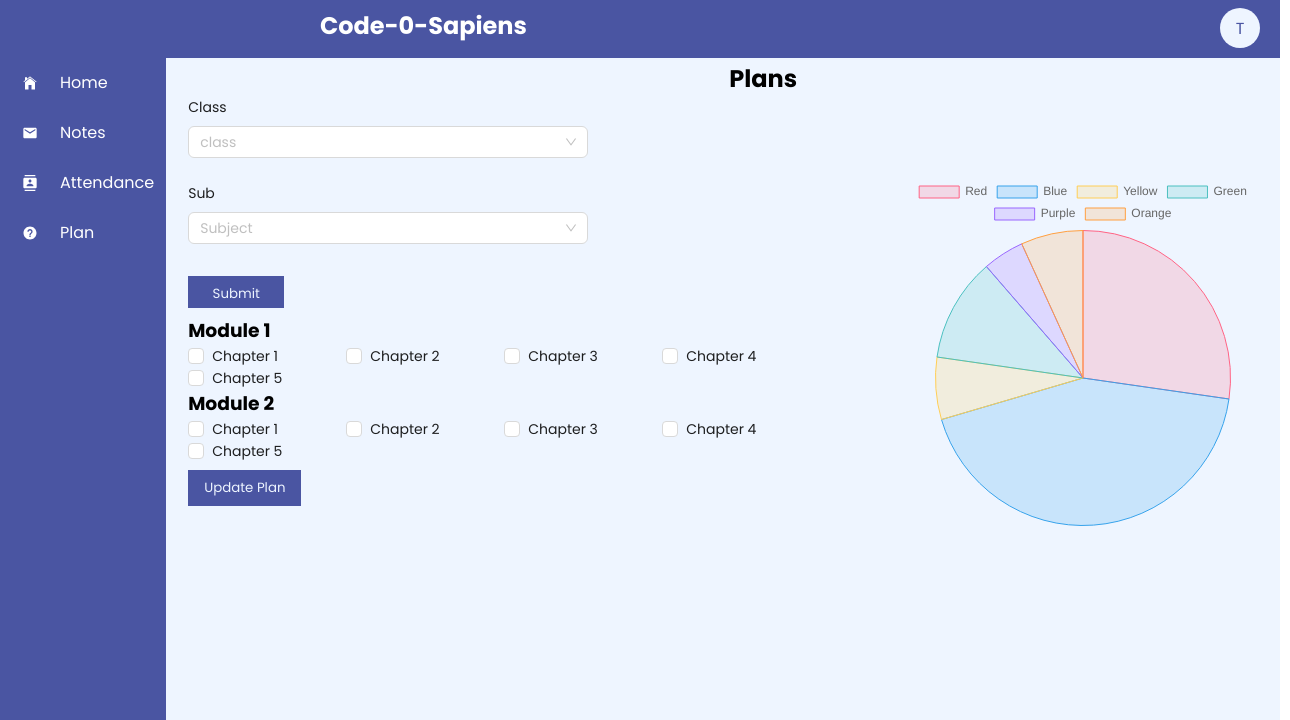
Repository: sinchana-P/code-0-sapiens
Page: /plans (app in client/), after clicking the first element matching `button`
An editor plug-in stored every save of this project. The page is shown before and after the next save, followed by the edit.
The browser window is 1280 px wide. The page is 1290 px wide, so the pictures cover 1290 px, including what lies to the right of the window. The pictures show the whole page.
The project was rebuilt for these pictures with package versions that can differ from the ones it lists, and the page was loaded fresh each time. Also part of the build but not shown: client/src/components/auth/login/FormLayoutLogin.jsx, client/src/components/auth/login/Login.jsx, client/src/components/auth/register/FormLayoutRegister.jsx, client/src/components/auth/register/Register.jsx, client/src/components/homeScene/Home.jsx, client/src/components/notes/Notes.jsx, client/src/components/attendance/Attendance.jsx, client/src/components/profile/Profile.jsx and 5 more.

Above is the page before, as saved 2024-03-01 07:47:41.

### client/public/index.html
<!DOCTYPE html>
<html lang="en">
  <head>
    <meta charset="utf-8" />
    <link rel="icon" href="%PUBLIC_URL%/favicon.ico" />
    <meta name="viewport" content="width=device-width, initial-scale=1" />
    <meta name="theme-color" content="#000000" />
    <meta
      name="description"
      content="Web site created using create-react-app"
    />
    <link rel="apple-touch-icon" href="%PUBLIC_URL%/logo192.png" />
    <!--
      manifest.json provides metadata used when your web app is installed on a
      user's mobile device or desktop. See https://developers.google.com/web/fundamentals/web-app-manifest/
    -->
    <link rel="manifest" href="%PUBLIC_URL%/manifest.json" />
    <!--
      Notice the use of %PUBLIC_URL% in the tags above.
      It will be replaced with the URL of the `public` folder during the build.
      Only files inside the `public` folder can be referenced from the HTML.

      Unlike "/favicon.ico" or "favicon.ico", "%PUBLIC_URL%/favicon.ico" will
      work correctly both with client-side routing and a non-root public URL.
      Learn how to configure a non-root public URL by running `npm run build`.
    -->
    <link rel="preconnect" href="https://fonts.googleapis.com">
<link rel="preconnect" href="https://fonts.gstatic.com" crossorigin>
<link href="https://fonts.googleapis.com/css2?family=Poppins:ital,wght@0,100;0,200;0,300;0,400;0,500;0,600;0,700;0,800;0,900;1,100;1,200;1,300;1,400;1,500;1,600;1,700;1,800;1,900&display=swap" rel="stylesheet">
    <title>Code-0-Sapiens</title>
  </head>
  <body>
    <noscript>You need to enable JavaScript to run this app.</noscript>
    <div id="root"></div>
    <!--
      This HTML file is a template.
      If you open it directly in the browser, you will see an empty page.

      You can add webfonts, meta tags, or analytics to this file.
      The build step will place the bundled scripts into the <body> tag.

      To begin the development, run `npm start` or `yarn start`.
      To create a production bundle, use `npm run build` or `yarn build`.
    -->
  </body>
</html>

### client/src/index.js
import React from 'react';
import ReactDOM from 'react-dom/client';
import './index.css';
import App from './App';
import reportWebVitals from './reportWebVitals';
import { BrowserRouter } from 'react-router-dom'
import { apiSlice } from './api/apiSlice';
import {ApiProvider} from '@reduxjs/toolkit/query/react'

const root = ReactDOM.createRoot(document.getElementById('root'));
root.render(
  <BrowserRouter>
    <React.StrictMode>
      <ApiProvider api={apiSlice}>
        <App />
      </ApiProvider>
    </React.StrictMode>
  </BrowserRouter>,
);

// If you want to start measuring performance in your app, pass a function
// to log results (for example: reportWebVitals(console.log))
// or send to an analytics endpoint. Learn more: https://bit.ly/CRA-vitals
reportWebVitals();

### client/src/App.jsx

import './App.css';
import { useState } from 'react';
import { Routes, Route } from 'react-router-dom'
import Login from './components/auth/login/Login'
import Register from './components/auth/register/Register';
import Topbar from './components/global/topbar/Topbar';
import Sidebar from './components/global/sidebar/Sidebar';
import Home from './components/homeScene/Home';
import Notes from './components/notes/Notes';
import Plans from './components/plans/Plans';
import Attendance from './components/attendance/Attendance';
import Profile from './components/profile/Profile';
import StudentSidebar from './components/global/sidebar/StudentSidebar';
import StdHome from './components/stdHome/StdHome';
import StdAttendance from './components/stdAttendance/StdAttendance'
import StdNotes from './components/stdNotes/StdNotes';
import StdDoubts from './components/stdDoubts/StdDoubts';

function App() {
  const [userRole, setUserRole] = useState('Teacher')

  return (
    <div className="App">
      <div className='app-container'>

      <Topbar userRole={userRole}/>

        <div className='main-content'>
          <div className='left-content-container'>

          {
            userRole === 'Teacher' ? (<Sidebar /> ) : (<StudentSidebar /> )
          }

          </div>
          <div className='right-content-container'>
            <Routes>
              <Route path='/login' element={ <Login/> } />
              <Route path='/register' element={ <Register/> } />
              <Route path='/home' element={ <Home/> } />
              <Route path='/notes' element={ <Notes/> } />
              <Route path='/attendance' element={ <Attendance/> } />
              <Route path='/plans' element={ <Plans/> } />
              {/* <Route path='/profile' element={ <Profile/> } /> */}
              <Route path='/student' element={ <StdHome/> } />
              <Route path='/student/attendance' element={ <StdAttendance/> } />
              <Route path='/student/attendance' element={ <StdNotes/> } />
              <Route path='/student/attendance' element={ <StdDoubts/> } />
            </Routes>
          </div>
        </div>
      </div>

    </div>
  );
}

export default App;

### client/src/api/apiSlice.js
import {createApi,fetchBaseQuery} from '@reduxjs/toolkit/query/react'


export const apiSlice = createApi({
       reducerPath:"api",
       baseQuery:fetchBaseQuery({baseUrl:""}),
       tagTypes:['auth', 'student'],
       endpoints:(builder)=>({
        register: builder.mutation({
            query: (data) => ({
                url: '/register',
                method: "POST",
                body: data
            }),
            invalidatesTags:['auth']
        }),
        login: builder.mutation({
            query: (data) => ({
                url: '/login',
                method: "POST",
                body: data
            }),
            invalidatesTags:['auth']
        }),
            //   getTodos:builder.query({
            //          query:()=>'/auth',
            //          transformResponse: (res: Todo[]) =>  {
            //                 // Ensure res is an array before sorting
            //                 console.log(res);

            //                 if (Array.isArray(res)) {
            //                     return res.sort((a, b) => b.id - a.id);
            //                 } else {
            //                     return res;
            //                 }
            //             },

            //          providesTags:['todos']
            //   }),
            //   addTodo:builder.mutation({
            //          query:(todo)=>({
            //                 url:'/todos',
            //                 method:"POST",
            //                 body:todo
            //          }),
            //          invalidatesTags:['todos']
            //   }),
            //   updateTodo:builder.mutation({
            //          query:(todo)=>({
            //                 url:/todos/${todo.id},
            //                 method:'PATCH',
            //                 body:todo
            //          }),
            //          invalidatesTags:['todos']
            //   }),
            //   deleteTodo:builder.mutation({
            //          query:(id)=>({

            //                 url:/todos/${id},
            //                 method:'DELETE',
            //                 body:id
            //          }),
            //          invalidatesTags:['todos']
            //   })

       })
})

export const { useRegisterMutation,useLoginMutation } = apiSlice

### client/src/App.css
@import url('https://fonts.googleapis.com/css2?family=Poppins:ital,wght@0,100;0,200;0,300;0,400;0,500;0,600;0,700;0,800;0,900;1,100;1,200;1,300;1,400;1,500;1,600;1,700;1,800;1,900&display=swap');

* {
  font-family: "Poppins", sans-serif;
}

/* --- */
.full-width-container {
  width: 100%;
  display: flex;
  justify-content: center;
  align-items: center;
}
/* --- */

.right-content-container {
  background-color: #EEF5FF;
  display: flex;
  align-items: start;
  justify-content: center;
}

.app-container {
  display: flex;
  flex-direction: column;
}

.main-content {
  display: flex;
  flex-direction: row;
}

.left-content-container {
  width: 13vw;
}

.right-content-container {
  width: 87vw;

}

### client/src/components/global/topbar/Topbar.jsx
import React, {useState} from 'react'
import './Topbar.css'

const Topbar = ({userRole}) => {
  // const [userRole, setUserRole] = useState('Teacher')

  return (
    <div className='topbar-container'>
        <h2 style={{textAlign: 'left'}} className='logo-text'>Code-0-Sapiens</h2>

        <div className='profile-div'>
          {userRole === 'Teacher' ? 'T' : (userRole === 'Student' ? 'S' : '')}
        </div>
    </div>
  )
}

export default Topbar

### client/src/components/global/sidebar/Sidebar.jsx
import './Sidebar.css'
import { SidebarData } from './SidebarData';
import { Link, NavLink } from 'react-router-dom';


const Sidebar=()=> {
  return (
    <div className='sidebar'>
       <ul className='sidebarList'>
        {
        SidebarData.map((value,key)=>{
            return (
              <NavLink to={value.route} key={key} className='row' >
                <div id='icon'>{value.icon}</div>
                <div id='title'>{value.title}</div>
              </NavLink>
            )
        })
        }
       </ul>
    </div>
  )
}

export default Sidebar

### client/src/components/plans/Plans.jsx
import React, {useState} from 'react';
import { Form, Select, Checkbox } from 'antd';
import './Plans.css'
import { Chart as ChartJS, ArcElement, Tooltip, Legend } from 'chart.js';
import { Pie } from 'react-chartjs-2';


const SidebarData = [
  {
    cls_id: '8',
    sub_id: '1',
    mod_id: 'Module 1',
    chp_id: 'Chapter 1',
    completed: true
  },
  {
    cls_id: '8',
    sub_id: '1',
    mod_id: 'Module 1',
    chp_id: 'Chapter 2',
    completed: false
  },
  {
    cls_id: '8',
    sub_id: '1',
    mod_id: 'Module 1',
    chp_id: 'Chapter 3',
    completed: true
  },
  {
    cls_id: '8',
    sub_id: '1',
    mod_id: 'Module 1',
    chp_id: 'Chapter 4',
    completed: false
  },
  {
    cls_id: '8',
    sub_id: '1',
    mod_id: 'Module 1',
    chp_id: 'Chapter 5',
    completed: true
  },
  {
    cls_id: '8',
    sub_id: '1',
    mod_id: 'Module 2',
    chp_id: 'Chapter 1',
    completed: false
  },
  {
    cls_id: '8',
    sub_id: '1',
    mod_id: 'Module 2',
    chp_id: 'Chapter 2',
    completed: true
  },
  {
    cls_id: '8',
    sub_id: '1',
    mod_id: 'Module 2',
    chp_id: 'Chapter 3',
    completed: true
  },
  {
    cls_id: '8',
    sub_id: '1',
    mod_id: 'Module 2',
    chp_id: 'Chapter 4',
    completed: true
  },
  {
    cls_id: '8',
    sub_id: '1',
    mod_id: 'Module 2',
    chp_id: 'Chapter 5',
    completed: true
  }
];

const CheckboxGroup = Checkbox.Group;
ChartJS.register(ArcElement, Tooltip, Legend);

const Plans = () => {

    const [isSubmit, setIsSubmit] = useState(false)

    const data = {
      labels: ['Red', 'Blue', 'Yellow', 'Green', 'Purple', 'Orange'],
      datasets: [
        {
          label: '# of Votes',
          data: [12, 19, 3, 5, 2, 3],
          backgroundColor: [
            'rgba(255, 99, 132, 0.2)',
            'rgba(54, 162, 235, 0.2)',
            'rgba(255, 206, 86, 0.2)',
            'rgba(75, 192, 192, 0.2)',
            'rgba(153, 102, 255, 0.2)',
            'rgba(255, 159, 64, 0.2)',
          ],
          borderColor: [
            'rgba(255, 99, 132, 1)',
            'rgba(54, 162, 235, 1)',
            'rgba(255, 206, 86, 1)',
            'rgba(75, 192, 192, 1)',
            'rgba(153, 102, 255, 1)',
            'rgba(255, 159, 64, 1)',
          ],
          borderWidth: 1,
        },
      ],
    };

  // Grouping chapters by module
  const groupedChapters = SidebarData.reduce((acc, curr) => {
    const { mod_id, chp_id } = curr;
    if (!acc[mod_id]) {
      acc[mod_id] = [];
    }
    acc[mod_id].push(chp_id);
    console.log('acc');
    console.log(acc);
    return acc;
  }, {});

  const handleSubmit = () => {
    setIsSubmit(true)
  }

  return (
    <div className='plans-main'>
      <h2 className='heading'>Plans</h2>

         <div className='plans-container'>
            <div className='plans-container-left'>
                <Form
                layout="vertical"
                name="basic"
                labelCol={{ span: 8 }}
                wrapperCol={{ span: 16 }}
                style={{ maxWidth: 600 }}
                initialValues={{ remember: true }}
                autoComplete="off"
            >
                <Form.Item label="Class" rules={[{ required: true, message: 'Please select class!' }]}>
                <Select placeholder="class">
                    <Select.Option value="class8">Class 8</Select.Option>
                    <Select.Option value="class9">Class 9</Select.Option>
                    <Select.Option value="class10">Class 10</Select.Option>
                </Select>
                </Form.Item>
                <Form.Item label="Sub" rules={[{ required: true, message: 'Please select class!' }]}>
                <Select placeholder="Subject">
                    <Select.Option value="maths">Maths</Select.Option>
                    <Select.Option value="science">Science</Select.Option>
                    <Select.Option value="social">Social</Select.Option>
                </Select>
                </Form.Item>
                </Form>

                <button style={{ width: '6rem', height: '2rem', textAlign: 'center' }} onClick={handleSubmit}>Submit</button>

                <div>
                    {isSubmit && (
                        <>
                        {Object.keys(groupedChapters).map((module, index) => (

                          <div key={index} className='module-chapters-checkbox'>
                          <h3>{module}</h3>
                          <CheckboxGroup>
                              {groupedChapters[module].map((chapter, i) => (
                              <Checkbox checked key={i} value={chapter} style={{width: '150px'}} >
                                  {chapter}
                              </Checkbox>
                              ))}
                          </CheckboxGroup>

                          </div>

                      ))}
                      <button>Update Plan</button>
                        </>
                    )}
                </div>
            </div>

            <div style={{width:'350px', height: '350px'}} className='plans-container-right'>
              <Pie
                data={data}
                width={50}
                height={50}
              />
            </div>
         </div>





    </div>



  );
}

export default Plans;

### client/src/components/auth/login/Login.css
.login-container{
    padding: 1rem 0;
    /* background-color: pink; */
    width: 50vw;

}

h2 {
    text-align: center;
    margin-left: 20rem;
}

### client/src/components/auth/register/Register.css
.register-container{
    padding: 1rem 0;
    /* background-color: pink; */
    width: 50vw;

}

h2 {
    text-align: center;
    margin-left: 20rem;
}

### client/src/components/global/topbar/Topbar.css
.topbar-container {
    background-color: #4A55A2;
    min-width: 95vw;
    height: 4rem;
    display: flex;
    flex-direction: row;
    justify-content: space-between;
}

.profile-div {
    background-color: #EEF5FF;
    color: #4a55a2;
    width: 40px;
    height: 40px;
    border-radius: 50%;
    display: flex;
    justify-content: center;
    align-items: center;
    margin-top: 8px;
    margin-right: 20px;
}

.logo-text {
    color: white;
    /* text-align: center; */
    margin-top: 0.5rem;
}

### client/src/components/global/sidebar/Sidebar.css
*{
    margin: 0;
    padding: 0;
  }
  .App{
    width: 100vw;
    height: 100vh;
    display: flex;
  }

  .sidebar{
    height: 92vh;
    width: 200px;
    background-color: #4A55A2;
  }

  .sidebarList{
    height: auto;
    width: 100%;
    padding: 0;
  }

  .sidebarList .row{
    width: 100%;
    height: 50px;
    list-style-type: none;
    margin: 0;
    display: flex;
    flex-direction: row;
    color: white;
    justify-content: center;
    align-items: center;
    text-decoration: none;
  }

  .sidebarList .row:hover{
    cursor: pointer;
    background-color: #EEF5FF;
    color: black;

  }

  .row #icon{
    flex: 30%;
    display: grid;
    place-items: center;
  }

  .row #title{
    flex: 70%;
  }

  .row .active {
    background-color: #EEF5FF;
    color: black;
  }

### client/src/components/global/sidebar/SidebarData.js
import { IoIosHome,IoMdHelpCircle } from "react-icons/io";
import { MdEmail,MdContacts } from "react-icons/md";
import { FaRegCalendarCheck } from "react-icons/fa";


export const SidebarData=[
       {
              title:"Home",
              icon:<IoIosHome />,
              route:"/"
       },
       {
              title:"Notes",
              icon:<MdEmail />,
              route:"/notes"
       },
       {
              title:"Attendance",
              icon:<MdContacts />,
              route:"/attendance"
       },
       {
              title:"Plan",
              icon:<IoMdHelpCircle />,
              route:"/plans"
       },
       // {
       //        title:"Profile",
       //        icon:<FaRegCalendarCheck />,
       //        route:"/profile"
       // },
]

### client/src/components/notes/Notes.css
.notes-main {
    width: 87vw;
}

.heading {
    margin-left: 28rem;
}

.notes-container{
    margin: 1rem 18rem;
}

.notes-form-container {
    padding: 1rem 0;
}

.notes-upload-main {
    display: flex;
    flex-direction: row;
}


.notes-upload-container {
    display: flex;
    flex-direction: column;
}

.notes-pdf, .notes-link {
    display: flex;
    flex-direction: row;
    padding: 0.5rem 0;
}

.notes-upload-container {
    padding: 0rem 1rem;
}

p{
    font-weight: bold;
}

### client/src/components/plans/Plans.css
.plans-main{
    /* width: 90vw; */
    padding: 0.2rem 2rem;
    /* background-color: pink; */
    /* max-height: 90vh; */

}

.module-chapters-checkbox {
    display: flex;
    flex-direction: column;
    justify-content: start;
}

.heading {
    margin-left: 5rem;
}

.plans-container {
    display: flex;
    flex-direction: row;
    /* justify-content: space-evenly; */

}

.plans-container-left {
    display: flex;
    flex-direction: column;
    width: 45rem;
    /* background-color: green; */
}
.plans-container-right {
    display: flex;
    flex-direction: column;
    width: 40rem;
    margin-top: 5rem;
    /* background-color: rgb(13, 0, 128); */
}

### client/src/components/attendance/Attendance.css
.attendance-main {
    /* background-color: pink; */
    width: 80vw;
}

.attendance-class {
    /* background-color: pink; */
}

.attendance-class-inputs-container {
    display: flex;
    flex-direction: row;
    min-width: 80vw;
}

.attendance-class-each {
    width: 15rem;
    margin: 2rem;
}

button {
    background-color: #4a55a2;
    color: #EEF5FF;
    border: none;
    padding: 0.5rem 1rem;
    margin: 0.5rem 0;
}

button:hover {
    background-color: #b9cae3;
    color: #4a55a2;
    cursor: pointer;
}

### client/src/components/global/sidebar/StudentSidebarData.js
import { IoIosHome,IoMdHelpCircle } from "react-icons/io";
import { MdEmail,MdContacts } from "react-icons/md";
import { FaRegCalendarCheck } from "react-icons/fa";


export const StudentSidebarData=[
       {
              title:"Home",
              icon:<IoIosHome />,
              route:"/student"
       },
       {
              title:"Attendance",
              icon:<MdEmail />,
              route:"/student/attendance"
       },
       {
              title:"Notes",
              icon:<MdContacts />,
              route:"/student/notes"
       },
       {
              title:"Doubts",
              icon:<IoMdHelpCircle />,
              route:"/student/doubts"
       },
       // {
       //        title:"Profile",
       //        icon:<FaRegCalendarCheck />,
       //        route:"/profile"
       // },
]

### client/src/components/stdAttendance/StdAttendance.css
.attendance-main {
    /* background-color: pink; */
    width: 87vw;
    padding: 1rem 20rem;
}

.attendance-class {
    /* background-color: pink; */
}

.attendance-class-inputs-container {
    display: flex;
    flex-direction: row;
    min-width: 80vw;
}

.attendance-class-each {
    width: 15rem;
    margin: 2rem;
}

button {
    background-color: #4a55a2;
    color: #EEF5FF;
    border: none;
    padding: 0.5rem 1rem;
    margin: 0.5rem 0;
}

button:hover {
    background-color: #b9cae3;
    color: #4a55a2;
    cursor: pointer;
}

.header {
    margin: 1rem 5rem;
}

Loaded but not shown: client/src/index.css (common file); client/src/reportWebVitals.js (common file)

After the next save:
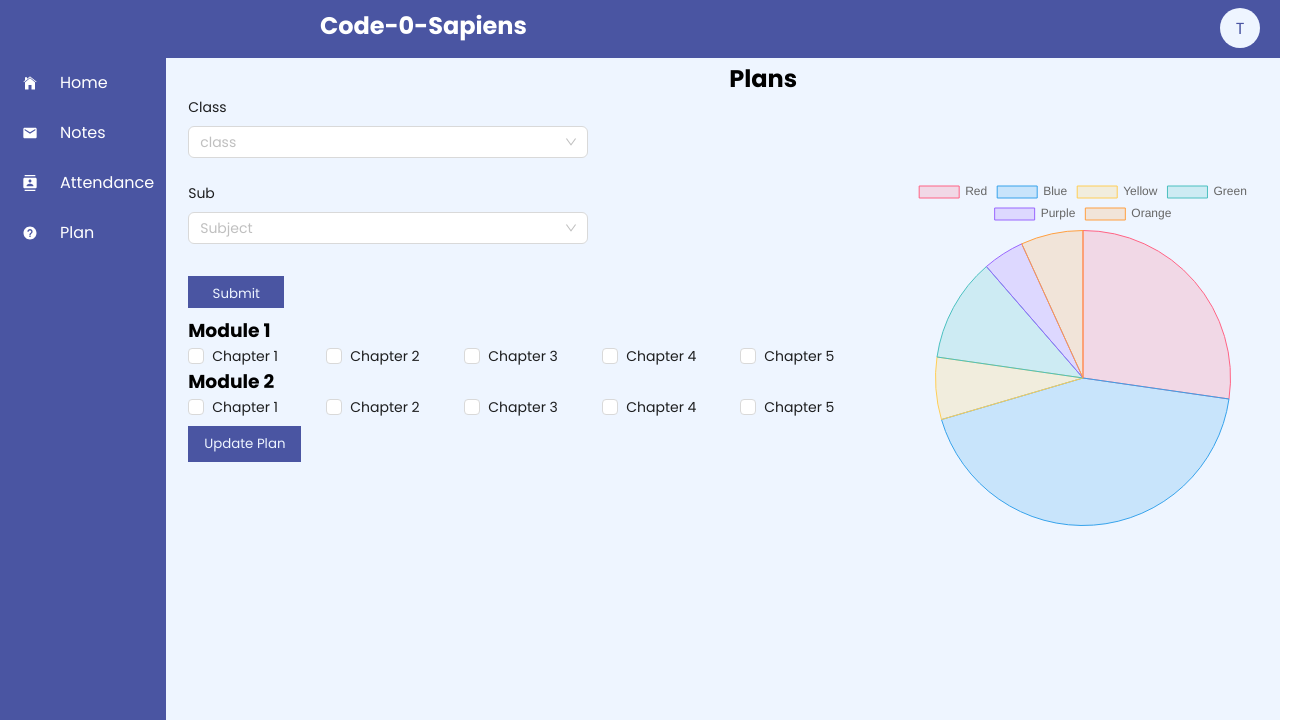
Saved 9 s later.
--- a/client/src/components/plans/Plans.jsx
+++ b/client/src/components/plans/Plans.jsx
@@ -170,7 +170,7 @@ const Plans = () => {
                           <h3>{module}</h3>
                           <CheckboxGroup>
                               {groupedChapters[module].map((chapter, i) => (
-                              <Checkbox checked key={i} value={chapter} style={{width: '150px'}} >
+                              <Checkbox checked key={i} value={chapter} style={{width: '130px'}} >
                                   {chapter}
                               </Checkbox>
                               ))}
